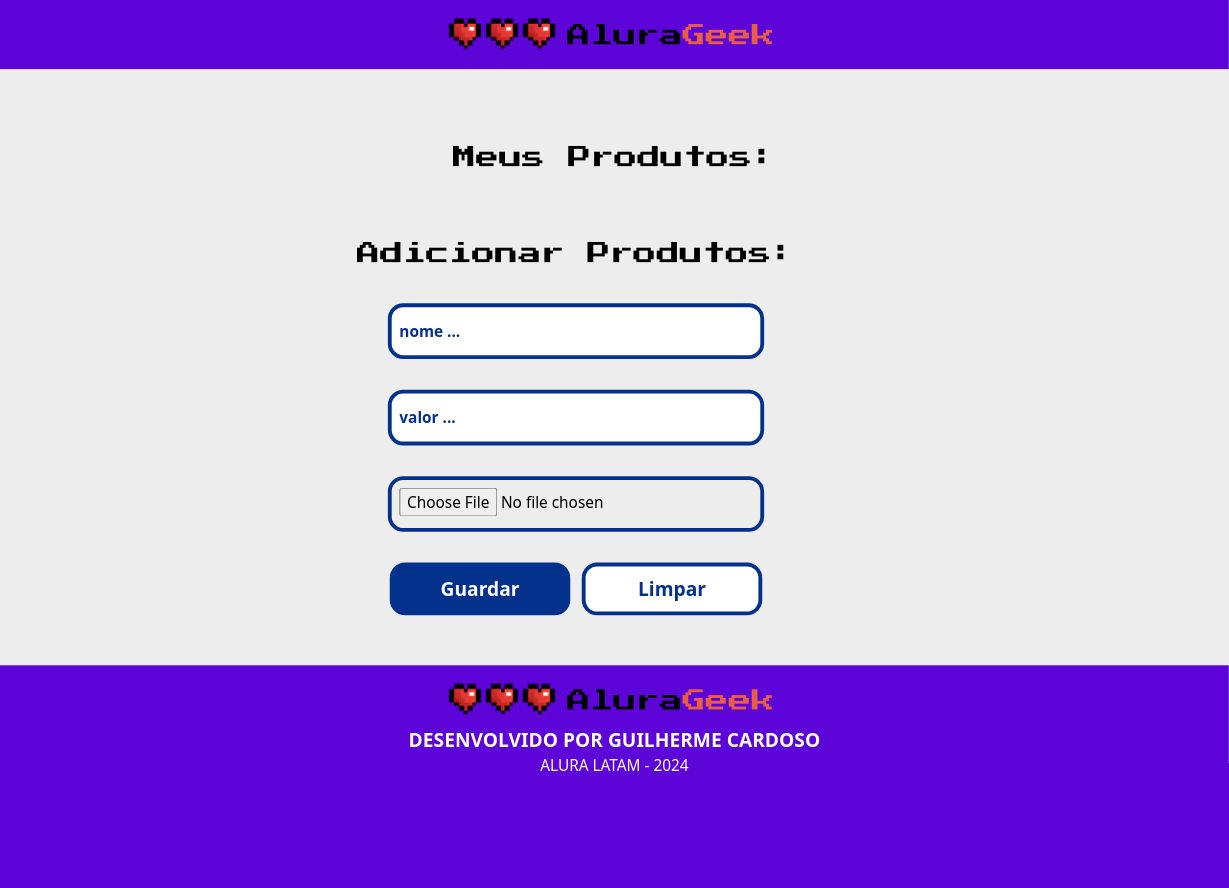
Repository: guilhermecardoso93/alura-geek
Page: /
These files come from the project's save history. The page is drawn as it stood at one moment and after the next save; the edit follows.
The browser window is 1280 px wide. The pictures show the whole page, at 96% of full size.
The project was rebuilt for these pictures with package versions that can differ from the ones it lists, and the page was loaded fresh each time. Also part of the build but not shown: vite.config.js.

Above is the page before, as saved 2024-05-19 14:30:28.

After the next save:
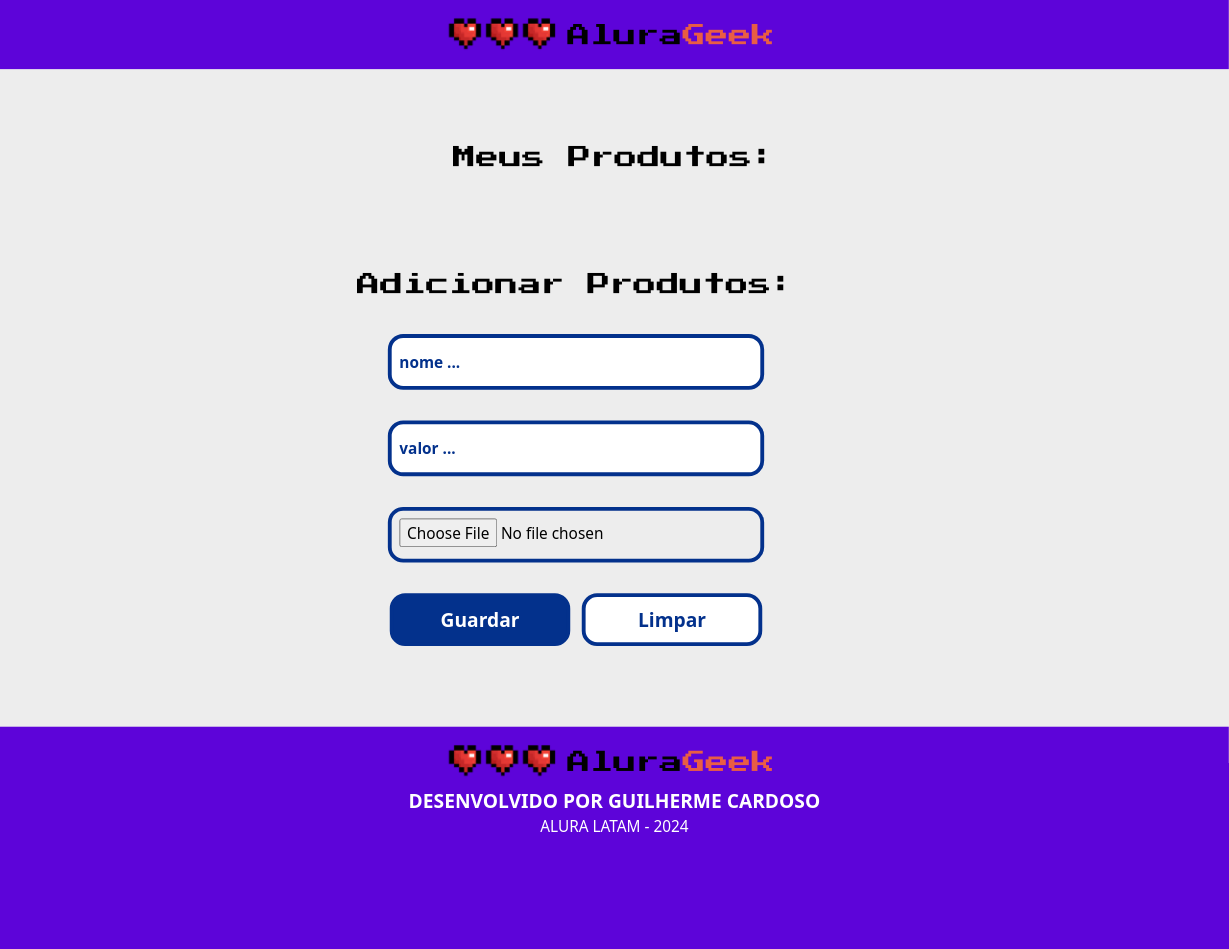
Saved 6 s later.
--- a/src/components/products.jsx
+++ b/src/components/products.jsx
@@ -29,7 +29,7 @@
       <h2 className="font-['Press_Start_2P'] font-normal  text-2xl">
         Meus Produtos:
       </h2>
-      <div className="flex flex-row w-full  m-8 gap-4">
+      <div className="flex flex-row w-full  m-8 gap-4 p-8">
         <Form addProduto={addProduto} />
         <div className="flex flex-wrap gap-2  justify-center">
           {produtos.map((produto, i) => {
